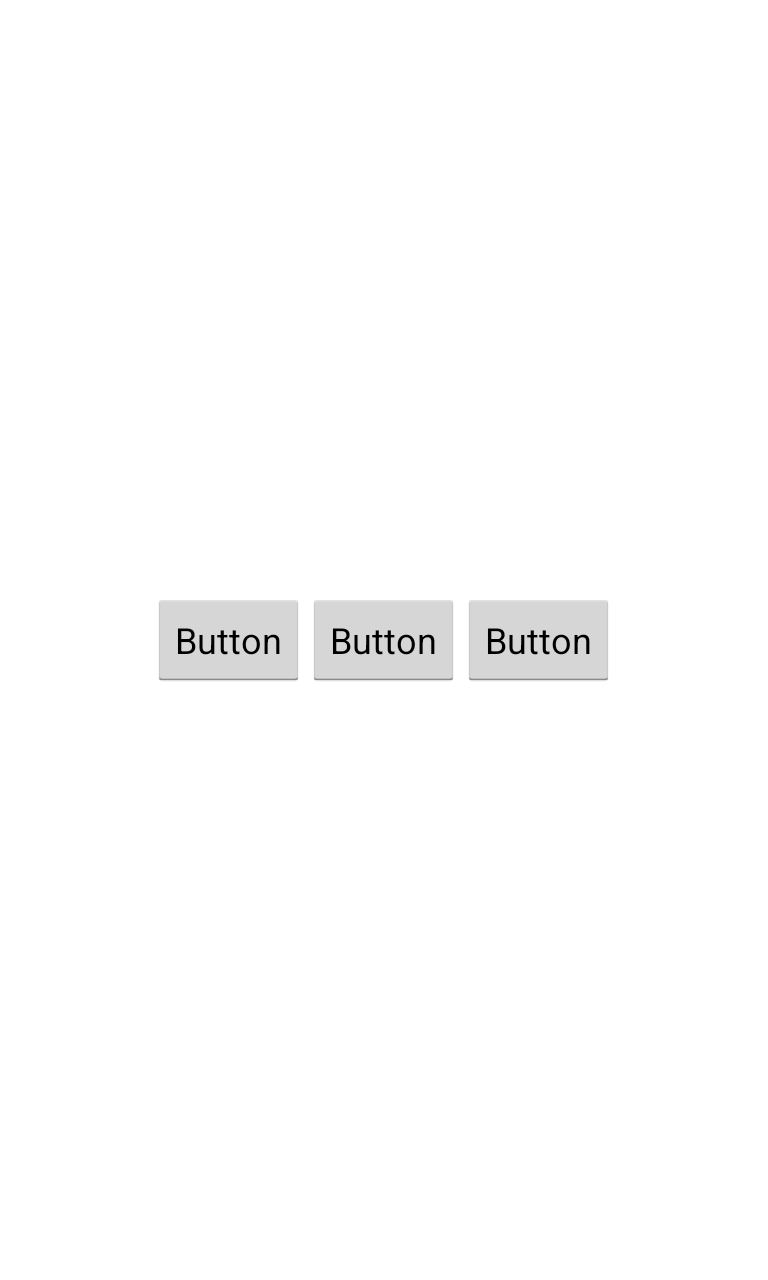
Repository: HGtz2222/LearningAndroid
Layout: test1/test1/res/layout/activity_main.xml
These files come from the project's save history. The layout is drawn as it stood at one moment and after the next save; the edit follows.
It is drawn on a 768 x 1280 px phone screen (xhdpi) without system bars, with theme AppTheme; the app's code is not run.

Above is the layout before, as saved 2014-09-09 10:34:47.

### test1/test1/res/layout/activity_main.xml
<RelativeLayout xmlns:android="http://schemas.android.com/apk/res/android"
    xmlns:tools="http://schemas.android.com/tools"
    android:layout_width="match_parent"
    android:layout_height="match_parent"
    android:paddingBottom="@dimen/activity_vertical_margin"
    android:paddingLeft="@dimen/activity_horizontal_margin"
    android:paddingRight="@dimen/activity_horizontal_margin"
    android:paddingTop="@dimen/activity_vertical_margin"
    tools:context=".MainActivity" >

    <include
        android:layout_width="wrap_content"
        android:layout_height="wrap_content"
        android:layout_centerHorizontal="true"
        android:layout_centerVertical="true"
        layout="@layout/activity_menu" />

</RelativeLayout>

### test1/test1/res/layout/activity_menu.xml
<LinearLayout xmlns:android="http://schemas.android.com/apk/res/android"
    xmlns:tools="http://schemas.android.com/tools">


    <Button
        android:id="@+id/button1"
        android:layout_width="wrap_content"
        android:layout_height="wrap_content"
        android:text="Button" />

    <Button
        android:id="@+id/button2"
        android:layout_width="wrap_content"
        android:layout_height="wrap_content"
        android:text="Button" />

    <Button
        android:id="@+id/button3"
        android:layout_width="wrap_content"
        android:layout_height="wrap_content"
        android:text="Button" />



</LinearLayout>

Loaded but not shown: test1/test1/res/values/styles.xml (common file); test1/test1/res/values-v11/styles.xml (common file); test1/test1/res/values-v14/styles.xml (common file); test1/test1/res/values/dimens.xml (common file)

After the next save:
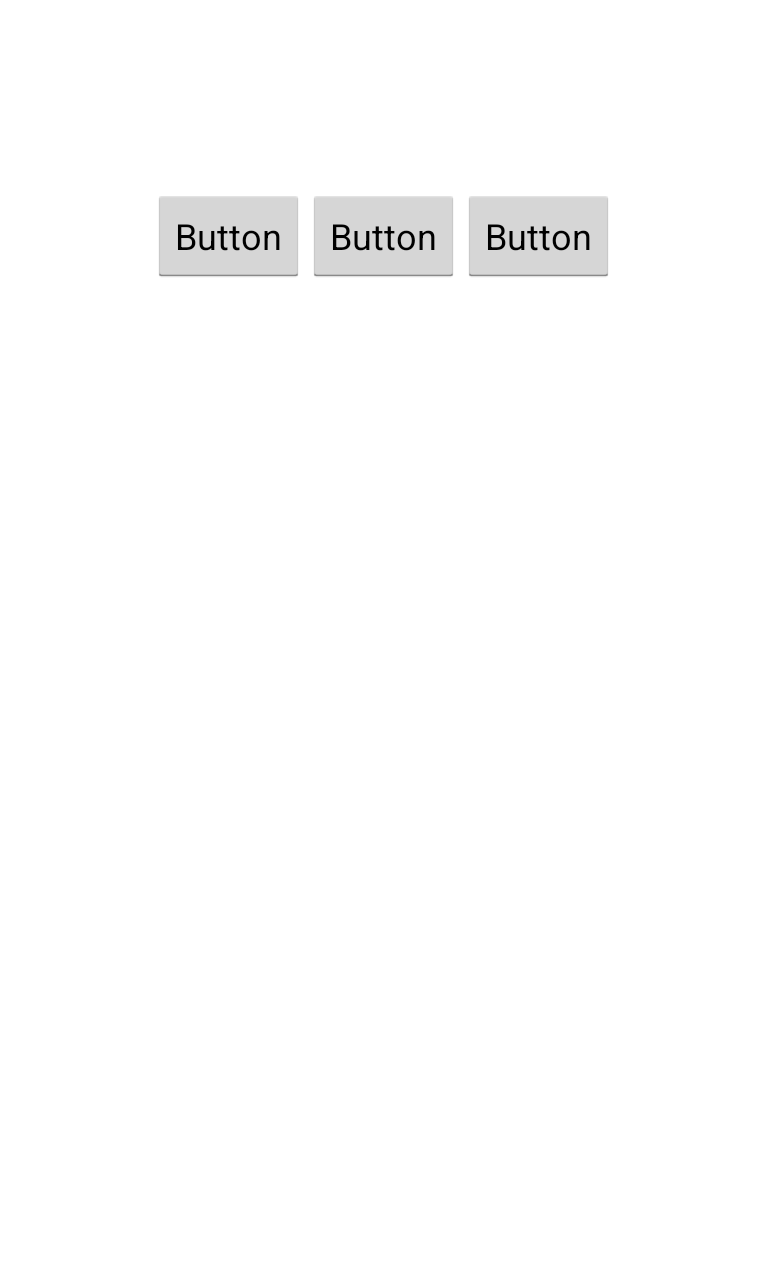
Saved 23 s later.
--- a/test1/test1/res/layout/activity_main.xml
+++ b/test1/test1/res/layout/activity_main.xml
@@ -11,8 +11,9 @@
     <include
         android:layout_width="wrap_content"
         android:layout_height="wrap_content"
+        android:layout_alignParentTop="true"
         android:layout_centerHorizontal="true"
-        android:layout_centerVertical="true"
+        android:layout_marginTop="78dp"
         layout="@layout/activity_menu" />
 
 </RelativeLayout>
